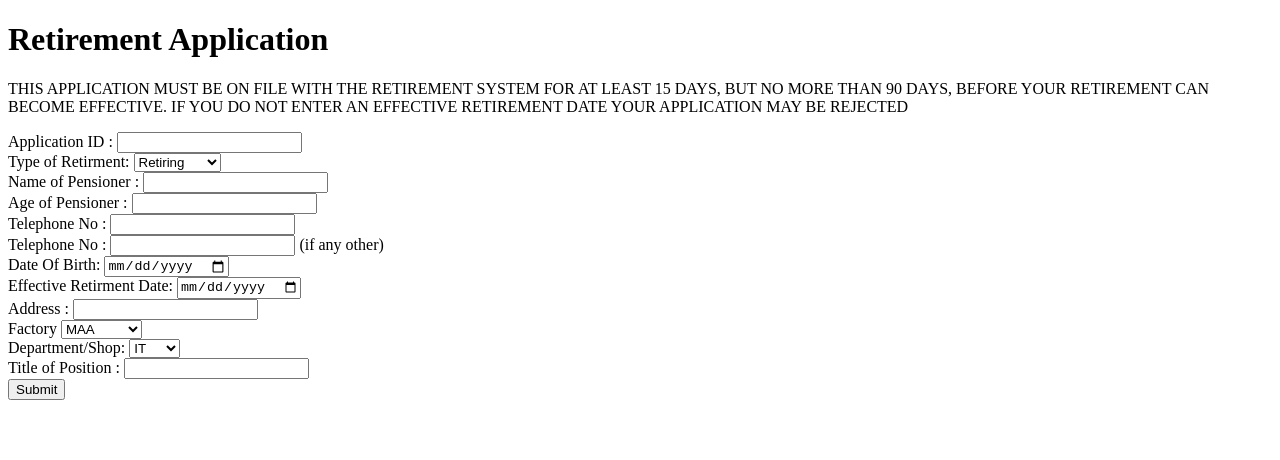
Repository: AQSA-ABDULLAH/RetirementManagmentSystem
Page: RetimentManagmentSystem/src/main/webapp/RetirementApplicationForm.html
These files come from the project's save history. The page is drawn as it stood at one moment and after the next save; the edit follows.
The browser window is 1280 px wide. The pictures show the whole page.

Above is the page before, as saved 2023-08-13 18:36:11.

### RetimentManagmentSystem/src/main/webapp/RetirementApplicationForm.html
<!DOCTYPE html>
<html>
<head>
<meta charset="ISO-8859-1">
<title>Retirment Application</title>
</head>
<body>
  <h1>Retirement Application</h1>
  <form method="post" action="myservlet">

	<p>THIS APPLICATION MUST BE ON FILE WITH THE RETIREMENT SYSTEM FOR AT LEAST 15 DAYS, BUT NO MORE THAN 90
DAYS, BEFORE YOUR RETIREMENT CAN BECOME EFFECTIVE. IF YOU DO NOT ENTER AN EFFECTIVE RETIREMENT DATE
YOUR APPLICATION MAY BE REJECTED</p>

	<label for="id">Application ID :</label>
    <input type="number" id="id" required><br>

	<label for="type">Type of Retirment:</label>
	<select id="fruits" name="fruits">
		<option value="apple">Retiring</option>
		<option value="banana">Banana</option>
        <option value="orange">Orange</option>
        <option value="grape">Grape</option>
        <option value="strawberry">Strawberry</option>
      </select><br>

    <label for="name">Name of Pensioner :</label>
    <input type="text" id="name" required><br>

    <label for="age">Age of Pensioner :</label>
    <input type="number" id="age" required><br>

    <label for="phoneno">Telephone No :</label>
    <input type="number" id="phoneno" required><br>

    <label for="phoneno">Telephone No :</label>
    <input type="number" id="phoneno" required>
    <span>(if any other)</span><br>

    <label for="DateBirth">Date Of Birth:</label>
    <input type="date" id="DateBirth" required><br>

    <label for="DateRetirment">Effective Retirment Date:</label>
    <input type="date" id="DateRetirment" required><br>

    <label for="address">Address :</label>
    <input type="text" id="address" required>
    <br>

    <label for="factory">Factory</label>
	<select id="factory" name="factory">
		<option value="maa">MAA</option>
		<option value="Co4">CO-4</option>
        <option value="brasemill">Brase Mill</option>
        <option value="textile">Textile</option>
        <option value="explosive">explosive</option>
      </select><br>

    <label for="department">Department/Shop:</label>
	<select id="department" name="department">
		<option>IT</option>
		<option>C-13</option>
        <option>C-14</option>
        <option>C-18</option>
        <option>C-19</option>
      </select><br>

    <label for="position">Title of Position :</label>
    <input type="text" id="position" required><br>

    <button type="button">Submit</button>
  </form>

  <p id="result"></p>
</body>
</html>

After the next save:
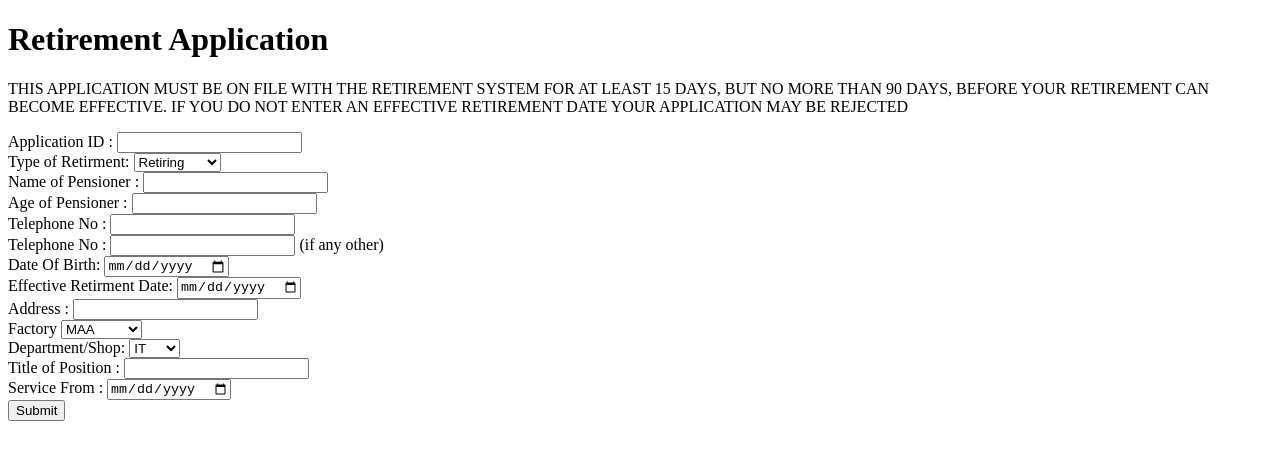
Saved 55 s later.
--- a/RetimentManagmentSystem/src/main/webapp/RetirementApplicationForm.html
+++ b/RetimentManagmentSystem/src/main/webapp/RetirementApplicationForm.html
@@ -68,6 +68,9 @@ YOUR APPLICATION MAY BE REJECTED</p>
     <label for="position">Title of Position :</label>
     <input type="text" id="position" required><br>
 
+     <label for="service">Service From :</label>
+    <input type="date" id="service" required><br>
+
     <button type="button">Submit</button>
   </form>
 
